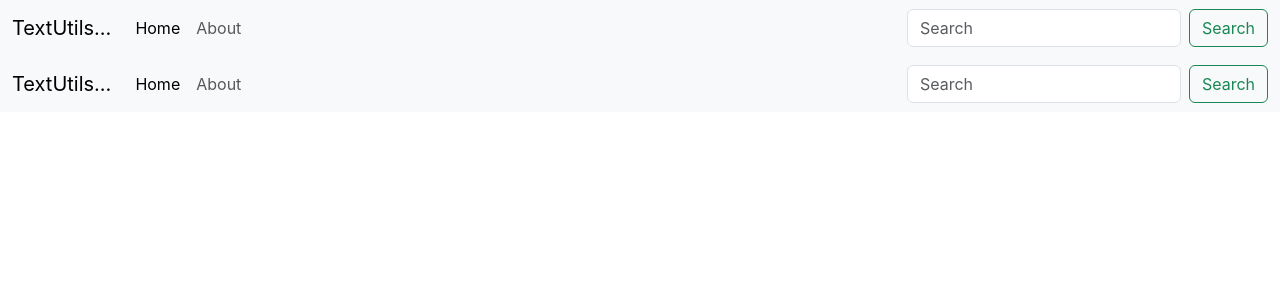
Repository: SujanNagaju/react-demo
Page: /
An editor plug-in stored every save of this project. The page is shown before and after a run of saves, followed by the edit.
The browser window is 1280 px wide. The pictures show the whole page.
The project was rebuilt for these pictures with package versions that can differ from the ones it lists, and the page was loaded fresh each time. Also part of the build but not shown: src/App.css.

Above is the page before, as saved 2024-12-28 23:37:35.

### public/index.html
<!DOCTYPE html>
<html lang="en">
  <head>
    <meta charset="utf-8" />
    <link rel="icon" href="%PUBLIC_URL%/favicon.ico" />
    <meta name="viewport" content="width=device-width, initial-scale=1" />
    <meta name="theme-color" content="#000000" />
    <meta
      name="description"
      content="Web site created using create-react-app"
    />
    <link rel="apple-touch-icon" href="%PUBLIC_URL%/logo192.png" />
    <!--
      manifest.json provides metadata used when your web app is installed on a
      user's mobile device or desktop. See https://developers.google.com/web/fundamentals/web-app-manifest/
    -->
    <link rel="manifest" href="%PUBLIC_URL%/manifest.json" />
    <!--
      Notice the use of %PUBLIC_URL% in the tags above.
      It will be replaced with the URL of the `public` folder during the build.
      Only files inside the `public` folder can be referenced from the HTML.

      Unlike "/favicon.ico" or "favicon.ico", "%PUBLIC_URL%/favicon.ico" will
      work correctly both with client-side routing and a non-root public URL.
      Learn how to configure a non-root public URL by running `npm run build`.
    -->
    <link href="https://cdn.jsdelivr.net/npm/bootstrap@5.3.3/dist/css/bootstrap.min.css" rel="stylesheet" integrity="sha384-QWTKZyjpPEjISv5WaRU9OFeRpok6YctnYmDr5pNlyT2bRjXh0JMhjY6hW+ALEwIH" crossorigin="anonymous">
    <title>React App</title>
  </head>
  <body>
    <noscript>You need to enable JavaScript to run this app.</noscript>
    <div id="root"></div>
    <!--
      This HTML file is a template.
      If you open it directly in the browser, you will see an empty page.

      You can add webfonts, meta tags, or analytics to this file.
      The build step will place the bundled scripts into the <body> tag.

      To begin the development, run `npm start` or `yarn start`.
      To create a production bundle, use `npm run build` or `yarn build`.
    -->
    <script src="https://cdn.jsdelivr.net/npm/bootstrap@5.3.3/dist/js/bootstrap.bundle.min.js" integrity="sha384-YvpcrYf0tY3lHB60NNkmXc5s9fDVZLESaAA55NDzOxhy9GkcIdslK1eN7N6jIeHz" crossorigin="anonymous"></script>

  </body>
</html>

### src/App.js
// logo from './logo.svg';
import './App.css';
import Navbar from './components/Navbar';

function App() {
  return (
    <>

      <Navbar title="TextUtils..." aboutText="About"/>
      <Navbar title="TextUtils..." aboutText="About"/>
    </>
  );
}

export default App;

### src/components/Navbar.js
import React from 'react'
import PropTypes from 'prop-types';

export default function Navbar(props) {
  return (
    <nav className="navbar navbar-expand-lg bg-body-tertiary">
        <div className="container-fluid">
            <a className="navbar-brand" href="/">{props.title}</a>
            <button className="navbar-toggler" type="button" data-bs-toggle="collapse" data-bs-target="#navbarSupportedContent" aria-controls="navbarSupportedContent" aria-expanded="false" aria-label="Toggle navigation">
            <span className="navbar-toggler-icon"></span>
            </button>
            <div className="collapse navbar-collapse" id="navbarSupportedContent">
            <ul className="navbar-nav me-auto mb-2 mb-lg-0">
                <li className="nav-item">
                <a className="nav-link active" aria-current="page" href="/">Home</a>
                </li>
                <li className="nav-item">
                <a className="nav-link" href="/">{props.aboutText}</a>
                </li>

            </ul>
            <form className="d-flex" role="search">
                <input className="form-control me-2" type="search" placeholder="Search" aria-label="Search"/>
                <button className="btn btn-outline-success" type="submit">Search</button>
            </form>
            </div>
        </div>
    </nav>
  )
}


Navbar.propTypes = {
    title: PropTypes.string.isRequired,
    aboutText: PropTypes.string.isRequired
}

Navbar.defaultProps = {
    title: 'TextUtils2...',
    aboutText: 'About'
}

Loaded but not shown: src/index.js (common file); src/index.css (common file); src/reportWebVitals.js (common file)

After the next 2 saves:
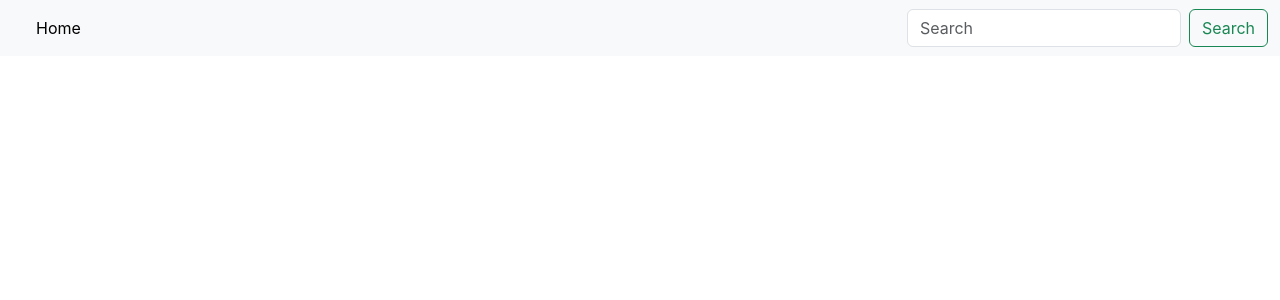
The 2 saves are shown as one change because they came seconds apart.
The last was saved 9 s later.
--- a/src/App.js
+++ b/src/App.js
@@ -6,8 +6,8 @@ function App() {
   return (
     <>
 
-      <Navbar title="TextUtils..." aboutText="About"/>
-      <Navbar title="TextUtils..." aboutText="About"/>
+      {/* <Navbar title="TextUtils..." aboutText="About"/> */}
+      <Navbar />
     </>
   );
 }
